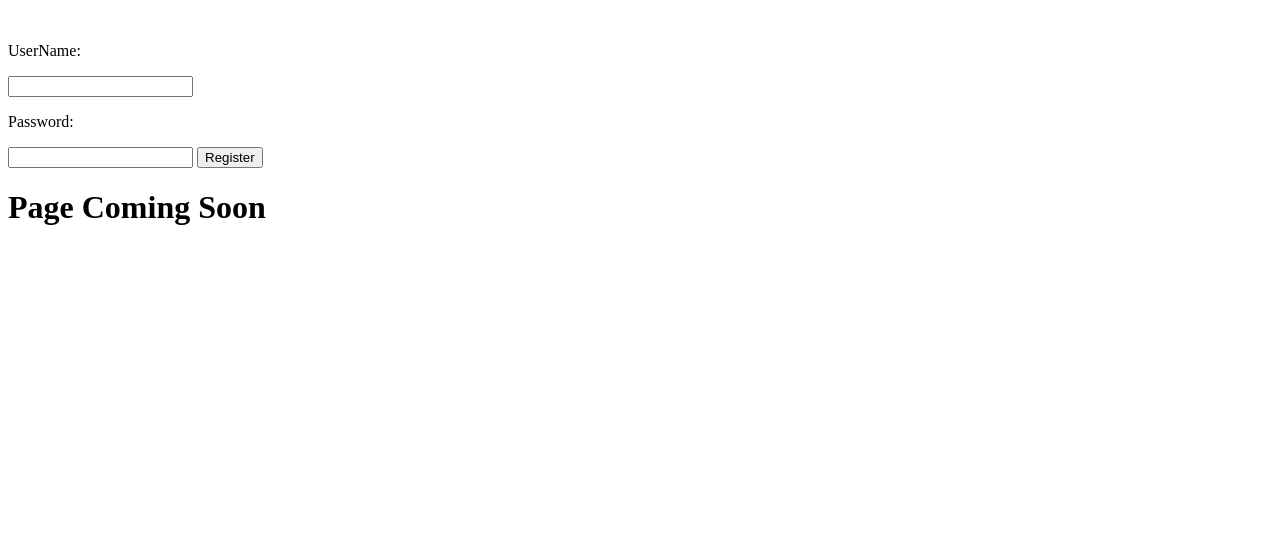
Repository: Hamzamshoaib/us2
Page: http://localhost/te_assignment_2/register.jsp
The author's editor kept a copy of each file at every save. The page is drawn from the files as they stood at one save, then again after the next save.
The browser window is 1280 px wide. The pictures show the whole page.
The page is served by Tomcat 9. The session is filled in as if someone had signed in: {"username": "Godlin"}. Other server files are loaded and not shown. Queries for data that is not in the repository find no rows.

Above is the page before, as saved 2015-05-09 12:13:51.

### te_assignment_2/WebContent/register.jsp
<%@ page language="java" contentType="text/html; charset=US-ASCII"
    pageEncoding="US-ASCII"%>
<!DOCTYPE html PUBLIC "-//W3C//DTD HTML 4.01 Transitional//EN" "http://www.w3.org/TR/html4/loose.dtd">
<html>
<head>
<meta http-equiv="Content-Type" content="text/html; charset=US-ASCII">
<title>Insert title here</title>
</head>
<body>
<FORM NAME="registrationform" ACTION="register" METHOD="POST">
<br>
<p>UserName: </p>
<INPUT type="text" name="username">
<br>
<p>Password: </p>
<INPUT type="password" name="password">
<INPUT TYPE="submit" name="action" value="Register">

</FORM>
<h1>Page Coming Soon</h1>
</body>
</html>

### te_assignment_2/src/edu/unsw/comp9321/Email.java
package edu.unsw.comp9321;


import java.util.Properties;
import javax.mail.Message;
import javax.mail.MessagingException;
import javax.mail.PasswordAuthentication;
import javax.mail.Session;
import javax.mail.Transport;
import javax.mail.internet.InternetAddress;
import javax.mail.internet.MimeMessage;


public class Email {

	String from;
    final String username = "dailyauctiondeals";
    final String password = "moshe123";
    String host;
    Properties props;
    Session session;

	public Email(){
		from = "dailyauctiondeals@gmail.com";
		host = "smtp.gmail.com";

		props = new Properties();
		props.put("mail.smtp.auth", "true");
		props.put("mail.smtp.starttls.enable", "true");
		props.put("mail.smtp.host", host);
		props.put("mail.smtp.port", "587");

		session = Session.getInstance(props,
	      new javax.mail.Authenticator() {
	         protected PasswordAuthentication getPasswordAuthentication() {
	            return new PasswordAuthentication(username, password);
	         }
		});
	}

	public Boolean sendVerifyEmail(String to, String IDToken){

	      try {
	         // Create a default MimeMessage object.
	         Message message = new MimeMessage(session);

	         // Set From: header field of the header.
	         message.setFrom(new InternetAddress(from));

	         // Set To: header field of the header.
	         message.setRecipients(Message.RecipientType.TO,
	         InternetAddress.parse(to));
	         // Set Subject: header field
	         message.setSubject("Welcome to Daily Auction Deals! Please verify your email.");
	         // Now set the actual message
	         message.setText("Hi!\n\n"
	         		+ "Welcome to Daily Auction Deals! To use your account, please verify your email by clicking this link "
	         		+ "\n\n\thttp://localhost:8080/te_assignment_2/verification?verification_token=" + IDToken
	         		+ "\n\n"
	         		+ "Daily Auction Deals Team :)");

	         // Send message
	         Transport.send(message);

	         System.out.println("Sent message successfully...");

	      } catch (MessagingException e) {
	    	  return false;
	      }

		return true;
	}

	public Boolean newHighBid(int Item_ID){
		UserController uc = new UserController();
		BiddingController bc = new BiddingController();
		String user = bc.winningBidder(Item_ID);
		int highestBid = bc.currentWinningBid(Item_ID);
		String to = uc.getEmail(user);
		String itemName = uc.getItemName(Item_ID);
	      try {
		         // Create a default MimeMessage object.
		         Message message = new MimeMessage(session);

		         // Set From: header field of the header.
		         message.setFrom(new InternetAddress(from));

		         // Set To: header field of the header.
		         message.setRecipients(Message.RecipientType.TO,
		         InternetAddress.parse(to));
		         // Set Subject: header field
		         message.setSubject("Congratulations " + user + "! You have the highest bid at the moment!");
		         // Now set the actual message
		         message.setText("Hi!\n\n"
		         		+ "You have the highest bid for " + itemName + " at $" + highestBid + "."
		         		+ "\n\n"
		         		+ "Daily Auction Deals Team :)");

		         // Send message
		         Transport.send(message);

		         System.out.println("Sent New High Bid Mail successfully...");

	      } catch (MessagingException e) {
	    	  return false;
	      }
	      return true;
	}

	public Boolean sendLostBidEmail(int Item_ID){
		UserController uc = new UserController();
		BiddingController bc = new BiddingController();

		String user = bc.secondHighestBidder(Item_ID);
		if (user == null){
			System.out.println("He was the only bidder");
			return false;
		}

		int highestBid = bc.currentWinningBid(Item_ID);
		String to = uc.getEmail(user);
		String itemName = uc.getItemName(Item_ID);
	      try {
		         // Create a default MimeMessage object.
		         Message message = new MimeMessage(session);

		         // Set From: header field of the header.
		         message.setFrom(new InternetAddress(from));

		         // Set To: header field of the header.
		         message.setRecipients(Message.RecipientType.TO,
		         InternetAddress.parse(to));
		         // Set Subject: header field
		         message.setSubject("Oh no, " + user + "! You've been outbid!");
		         // Now set the actual message
		         message.setText("Hi!\n\n"
		         		+ "Unfortunately you have been outbid for your " + itemName + ".\n\n"
		         		+ "The new highest bid is: $" + highestBid + "."
		         		+ "\n\n"
		         		+ "Daily Auction Deals Team :)");

		         // Send message
			         Transport.send(message);

			         System.out.println("Sent Lost Bid Mail successfully...");

	      } catch (MessagingException e) {
	    	  return false;
	      }
	      return true;
	}

	public Boolean emailWinner(int Item_ID){
		UserController uc = new UserController();
		BiddingController bc = new BiddingController();
		String user = bc.winningBidder(Item_ID);
		int highestBid = bc.currentWinningBid(Item_ID);
		String to = uc.getEmail(user);
		String itemName = uc.getItemName(Item_ID);
	      try {
		         // Create a default MimeMessage object.
		         Message message = new MimeMessage(session);

		         // Set From: header field of the header.
		         message.setFrom(new InternetAddress(from));

		         // Set To: header field of the header.
		         message.setRecipients(Message.RecipientType.TO,
		         InternetAddress.parse(to));
		         // Set Subject: header field
		         message.setSubject("Congratulations " + user + "! You have won an item!");
		         // Now set the actual message
		         message.setText("Hi!\n\n"
		         		+ "You have won a brand new " + itemName + " for $" + highestBid + "! :)"
		         		+ "\n\n"
		         		+ "Daily Auction Deals Team :)");

		         // Send message
		         Transport.send(message);

		         System.out.println("Sent winner email successfully...");

	      } catch (MessagingException e) {
	    	  return false;
	      }
	      return true;
	}

	public Boolean emailOwner(int Item_ID){
		UserController uc = new UserController();
		BiddingController bc = new BiddingController();
		String user = uc.getItemOwner(Item_ID);
		int highestBid = bc.currentWinningBid(Item_ID);
		String to = uc.getEmail(user);
		String itemName = uc.getItemName(Item_ID);
	      try {
		         // Create a default MimeMessage object.
		         Message message = new MimeMessage(session);

		         // Set From: header field of the header.
		         message.setFrom(new InternetAddress(from));

		         // Set To: header field of the header.
		         message.setRecipients(Message.RecipientType.TO,
		         InternetAddress.parse(to));
		         // Set Subject: header field
		         message.setSubject("Congratulations " + user + "! Your item has been sold!");
		         // Now set the actual message
		         message.setText("Hi!\n\n"
		         		+ "You have sold your item " + itemName + " for $" + highestBid + "! :)"
		         		+ "\n\n"
		         		+ "Daily Auction Deals Team :)");

		         // Send message
		         Transport.send(message);

		         System.out.println("Sent owner email successfully...");

	      } catch (MessagingException e) {
	    	  return false;
	      }
	      return true;
	}

	public Boolean lessThanReserved(int Item_ID){
		UserController uc = new UserController();
		BiddingController bc = new BiddingController();
		String user = uc.getItemOwner(Item_ID);
		int highestBid = bc.currentWinningBid(Item_ID);
		String to = uc.getEmail(user);
		String itemName = uc.getItemName(Item_ID);
	      try {
		         // Create a default MimeMessage object.
		         Message message = new MimeMessage(session);

		         // Set From: header field of the header.
		         message.setFrom(new InternetAddress(from));

		         // Set To: header field of the header.
		         message.setRecipients(Message.RecipientType.TO,
		         InternetAddress.parse(to));
		         // Set Subject: header field
		         message.setSubject(user + ", your item has not reached its reserve price");
		         // Now set the actual message
		         message.setText("Hi!\n\n"
		         		+ "Your item, " + itemName + " has an offer of $" + highestBid
		         		+ " which is below your reserve price of $" + bc.getReservePrice(Item_ID) + ".\n\n"
		         		+ "Log into your account to accept or reject this offer."
		         		+ "\n\n"
		         		+ "Daily Auction Deals Team :)");

		         // Send message
		         Transport.send(message);

		         System.out.println("Sent reserved price notification email successfully...");

	      } catch (MessagingException e) {
	    	  return false;
	      }
	      return true;
	}

	public Boolean itemNotSold(int Item_ID){
		UserController uc = new UserController();
		String user = uc.getItemOwner(Item_ID);
		String to = uc.getEmail(user);
		String itemName = uc.getItemName(Item_ID);
	      try {
		         // Create a default MimeMessage object.
		         Message message = new MimeMessage(session);

		         // Set From: header field of the header.
		         message.setFrom(new InternetAddress(from));

		         // Set To: header field of the header.
		         message.setRecipients(Message.RecipientType.TO,
		         InternetAddress.parse(to));
		         // Set Subject: header field
		         message.setSubject(user + ", your item wasn't sold :(");
		         // Now set the actual message
		         message.setText("Hi!\n\n"
		         		+ "Your item, " + itemName + ", has not had any bids and was not sold. :( \n\n"
		         		+ "Log into your account and re-add if you want."
		         		+ "\n\n"
		         		+ "Daily Auction Deals Team :)");

		         // Send message
		         Transport.send(message);

		         System.out.println("Sent item not sold notification email successfully...");

	      } catch (MessagingException e) {
	    	  return false;
	      }
	      return true;
	}

	public void newBidEmails(int Item_ID){
		newHighBid(Item_ID);
		sendLostBidEmail(Item_ID);
	}

	public void endAuctionEmails(int Item_ID){
		emailWinner(Item_ID);
		emailOwner(Item_ID);
	}
}

After the next save:
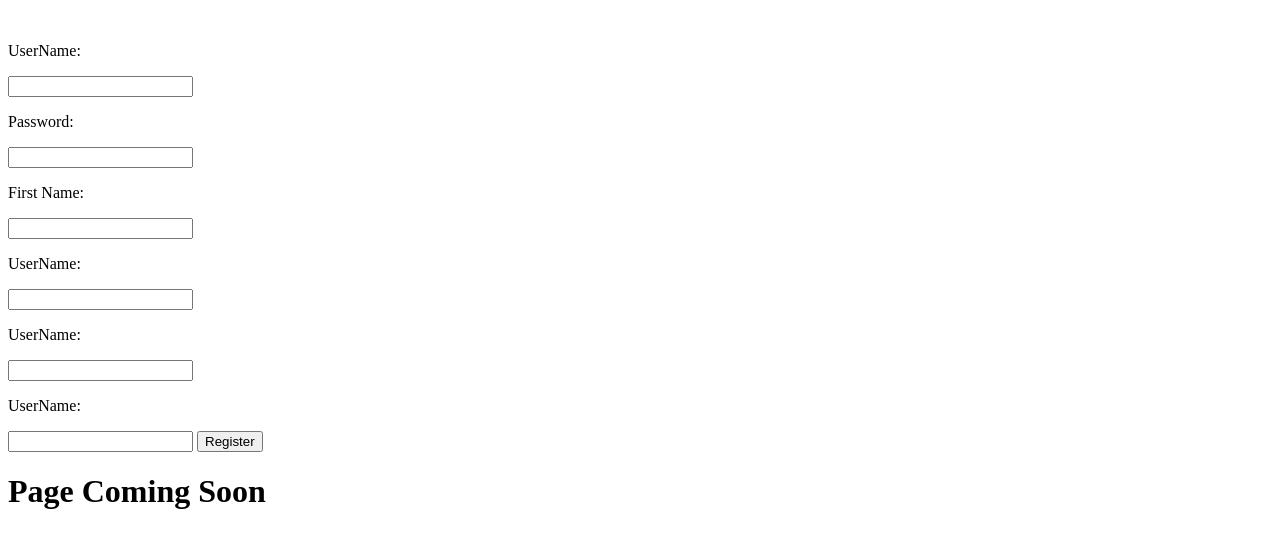
Saved 2 min 14 s later.
--- a/te_assignment_2/WebContent/register.jsp
+++ b/te_assignment_2/WebContent/register.jsp
@@ -14,6 +14,18 @@
 <br>
 <p>Password: </p>
 <INPUT type="password" name="password">
+<br>
+<p>First Name: </p>
+<INPUT type="text" name="username">
+<br>
+<p>UserName: </p>
+<INPUT type="text" name="username">
+<br>
+<p>UserName: </p>
+<INPUT type="text" name="username">
+<br>
+<p>UserName: </p>
+<INPUT type="text" name="username">
 <INPUT TYPE="submit" name="action" value="Register">
 
 </FORM>
